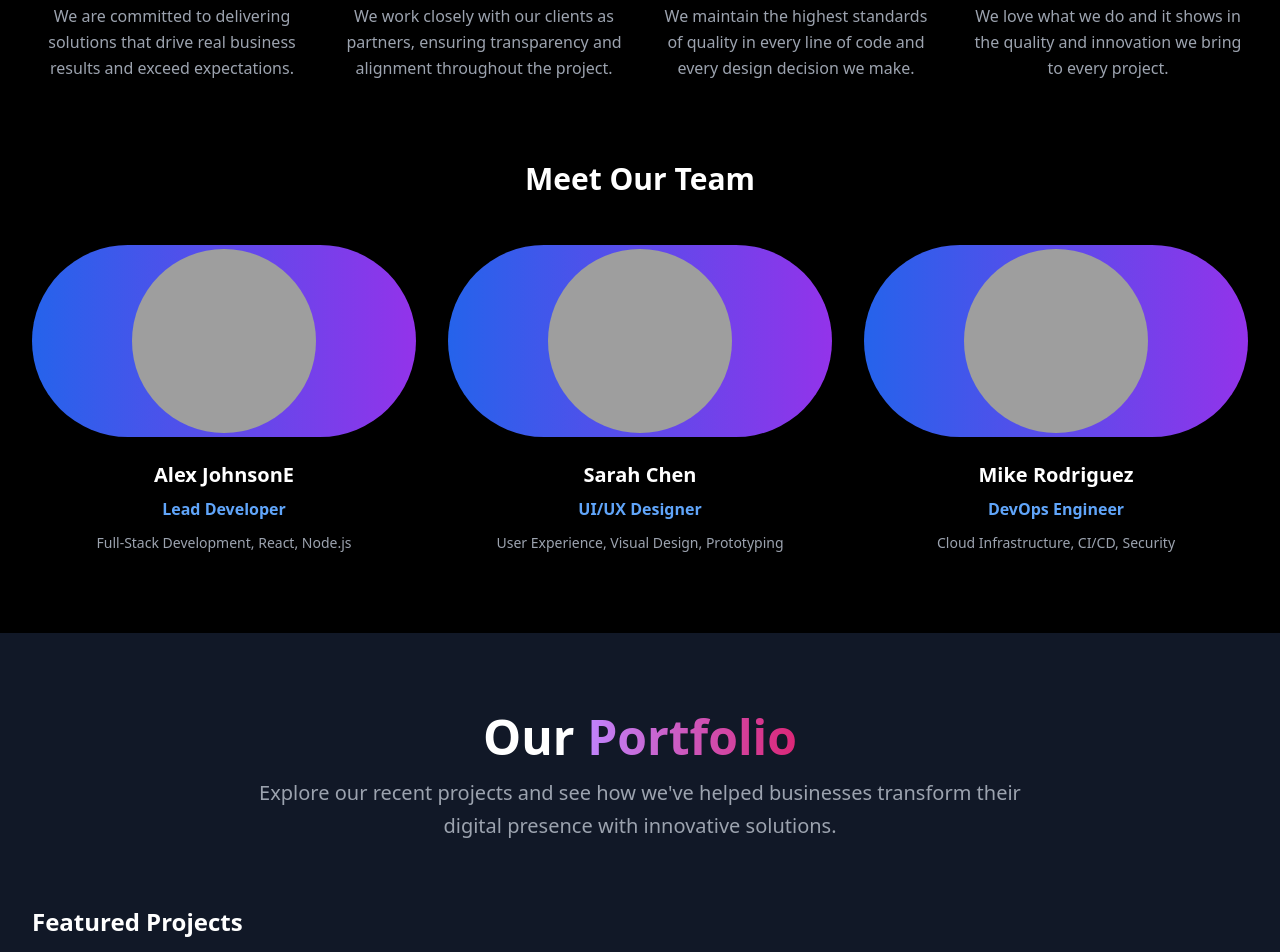
Repository: naza-webtech/nazawebtech.com
Page: /
These files come from the project's save history. The page is drawn as it stood at one moment and after a run of saves; the edit follows.
The browser window is 1280 px wide. The pictures show the part of the page from y = 3939 to 4891 px (the page is 9097 px tall).
Pictures or frames that could not be fetched are drawn as grey boxes. The project was rebuilt for these pictures with package versions that can differ from the ones it lists, and the page was loaded fresh each time. Also part of the build but not shown: vite.config.ts.

Above is the page before, as saved 2025-11-14 09:07:51.

After the next 4 saves:
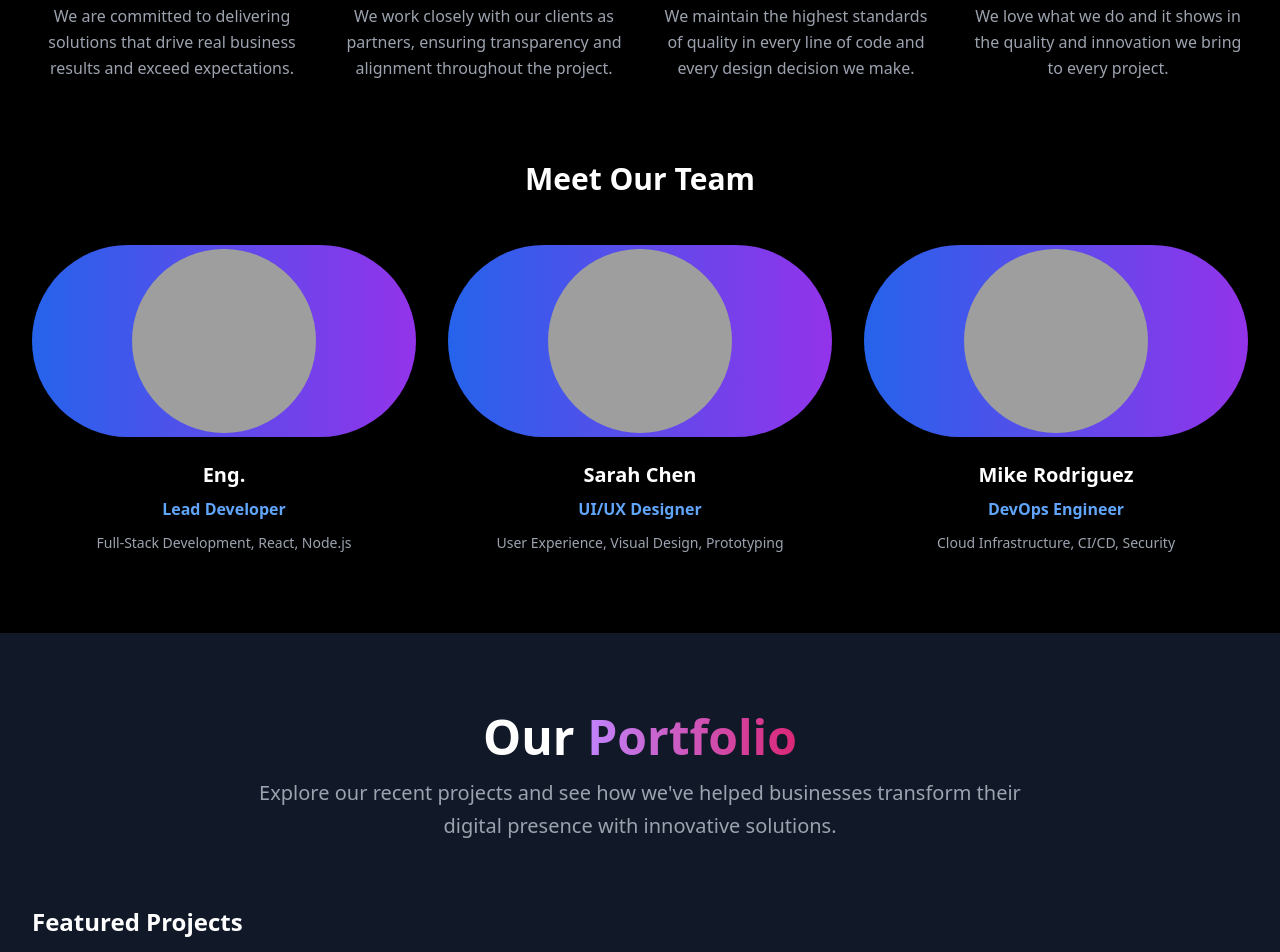
The 4 saves are shown as one change because they came seconds apart.
The last was saved 8 s later.
--- a/src/components/About.tsx
+++ b/src/components/About.tsx
@@ -27,7 +27,7 @@ const About = () => {
 
   const team = [
     {
-      name: 'Alex JohnsonE',
+      name: 'Eng.',
       role: 'Lead Developer',
       image: 'https://images.pexels.com/photos/2379004/pexels-photo-2379004.jpeg',
       expertise: 'Full-Stack Development, React, Node.js'
